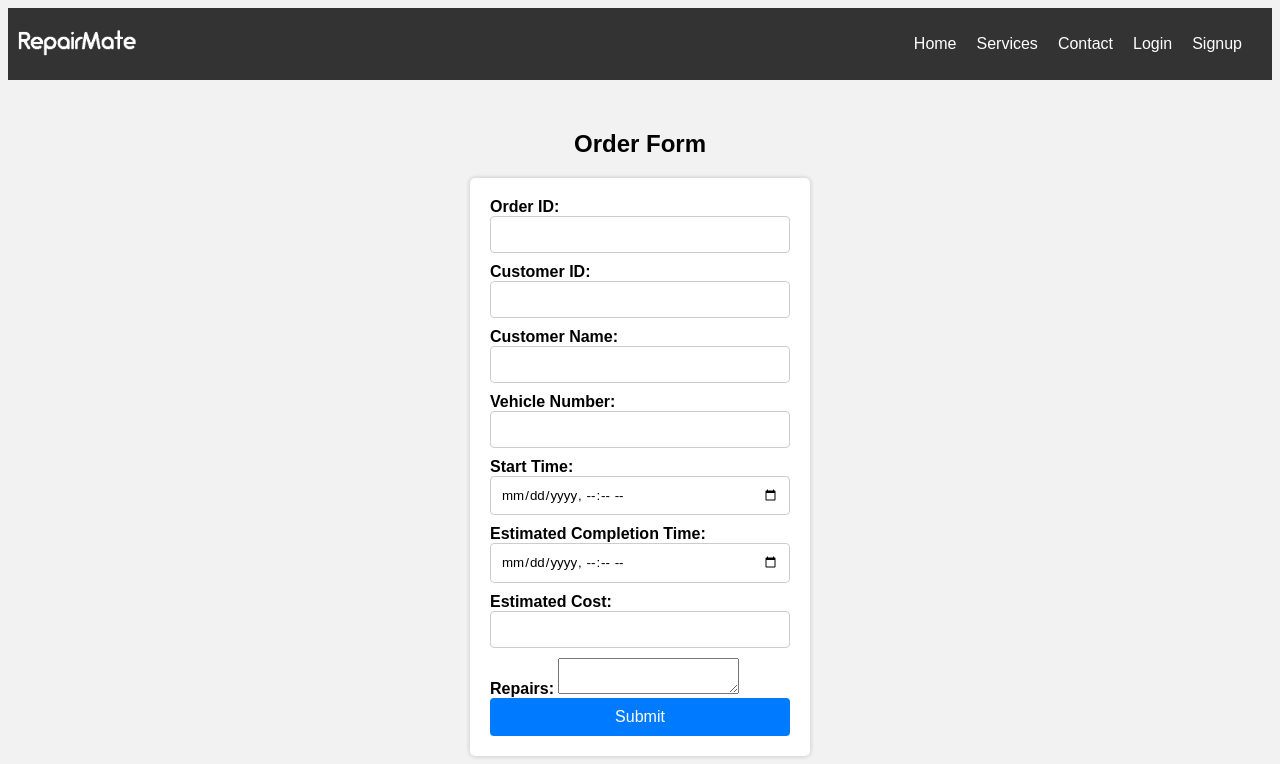
Repository: rohann12/RepairMate
Page: http://localhost/Garage/JSP/order.jsp
These files come from the project's save history. The page is drawn as it stood at one moment and after the next save; the edit follows.
The browser window is 1280 px wide. The pictures show the whole page.
The page is served by Tomcat 9. Other server files are loaded and not shown.

Above is the page before, as saved 2023-06-17 17:08:47.

### Garage/src/main/webapp/JSP/order.jsp
<!DOCTYPE html>
<html>
<head>
  <title>Order Form</title>
  <link rel="stylesheet" href="../CSS/order.css"/>
</head>
<body>
<jsp:include page="nav.jsp" />

  <h2>Order Form</h2>
  <form action="orderInsert.jsp" method="post">
    <label for="order_id">Order ID:</label>
    <input type="text" id="order_id" name="order_id" required>

    <label for="customer_id">Customer ID:</label>
    <input type="text" id="customer_id" name="customer_id" required>

    <label for="customer_name">Customer Name:</label>
    <input type="text" id="customer_name" name="customer_name" required>

    <label for="vehicle_no">Vehicle Number:</label>
    <input type="text" id="vehicle_no" name="vehicle_no" required>

    <label for="start_time">Start Time:</label></br>
    <input type="datetime-local" id="start_time" name="start_time" required></br>

    <label for="estimated_completed">Estimated Completion Time:</label></br>
    <input type="datetime-local" id="estimated_completed" name="estimated_completed" required></br>

    <label for="estimated_cost">Estimated Cost:</label>
    <input type="number" id="estimated_cost" name="estimated_cost" required>

    <label for="repairs">Repairs:</label>
    <textarea id="repairs" name="repairs" required></textarea>

    <button type="submit">Submit</button>
  </form>
</body>
</html>

### Garage/src/main/webapp/JSP/nav.jsp
<%@page contentType="text/html" pageEncoding="UTF-8"%>
<%@page import="javax.servlet.http.HttpSession"%>

<style>
nav {
  background-color: #333;
  padding: 10px;
  display: flex;
  justify-content: space-between;
  align-items: center;
}

.navbar-logo img {
  height: 40px;
}

.navbar-links ul {
  list-style-type: none;
  margin: 0;
  padding: 0;
  display: flex;
}

.navbar-links li {
  margin-right: 20px;
}

.navbar-links li a {
  color: #fff;
  text-decoration: none;
  font-size: 16px;
}

.navbar-links li a:hover {
  color: #ff6600;

}
.navbar-logo{
margin-top:8px;
}
</style>
<nav>
  <div class="navbar-logo">

      <img src="../Contents/logo.png" alt="Logo">

  </div>
  <div class="navbar-links">
    <ul>
      <li><a href="index.jsp">Home</a></li>
      <li><a href="order.jsp">Services</a></li>
      <li><a href="contact.jsp">Contact</a></li>
       <%-- Checking session to determine login/logout links --%>
      <%
        HttpSession s = request.getSession(false);
        if (s != null && s.getAttribute("username") != null) {
          // User is logged in, show logout link
          %>
          <li class="logout"><a href="logout.jsp">Logout</a></li>
          <%
        } else {
          // User is not logged in, show login link
          %>
          <li class="login"><a href="login.jsp">Login</a></li>
          <li class="Signup"><a href="reg.jsp">Signup</a></li>
          <%
        }
      %>
    </ul>
  </div>
</nav>

### Garage/src/main/webapp/CSS/order.css
body {
  font-family: Arial, sans-serif;
  background-color: #f2f2f2;
}

h2 {
  text-align: center;
  margin-top: 50px;
}

form {
  width: 300px;
  margin: 0 auto;
  padding: 20px;
  background-color: #fff;
  border-radius: 5px;
  box-shadow: 0 0 5px rgba(0, 0, 0, 0.2);
}

label {

  font-weight: bold;
}

input[type="text"],
input[type="password"],
input[type="number"],
input[type="datetime-local"]{
  width: 100%;
  padding: 10px;
  margin-bottom: 10px;
  border: 1px solid #ccc;
  border-radius: 4px;
  box-sizing: border-box;
  font-family: FontAwesome, Arial, sans-serif;
}

.error-message {
  color: red;
}

.backend-error-message {
  color: red;
  text-align: center;
}

button[type="submit"],
button[type="button"] {
  width: 100%;
  padding: 10px;
  background-color: #007bff;
  color: #fff;
  border: none;
  border-radius: 4px;
  cursor: pointer;
  font-size: 16px;
}

button[type="submit"]:hover,
button[type="button"]:hover {
  background-color: #0056b3;
}

hr {
  margin-top: 20px;
  margin-bottom: 10px;
  border: 0;
  border-top: 1px solid #ccc;
}

span {
  display: block;
  text-align: center;
}

span b {
  font-weight: bold;
}

a {
  text-decoration: none;
}

After the next save:
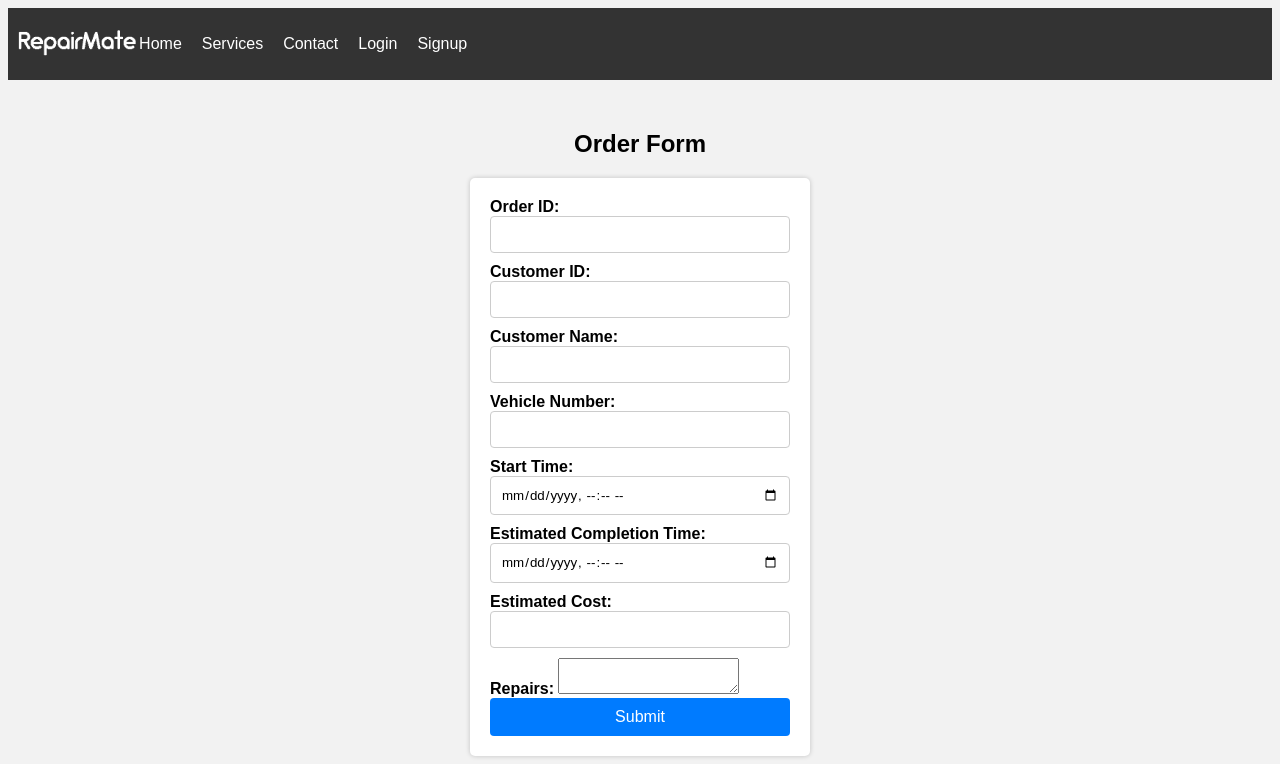
Saved 19 s later.
--- a/Garage/src/main/webapp/JSP/nav.jsp
+++ b/Garage/src/main/webapp/JSP/nav.jsp
@@ -6,7 +6,7 @@
   background-color: #333;
   padding: 10px;
   display: flex;
-  justify-content: space-between;
+  /* justify-content: space-between; */
   align-items: center;
 }
 

After the save that followed:
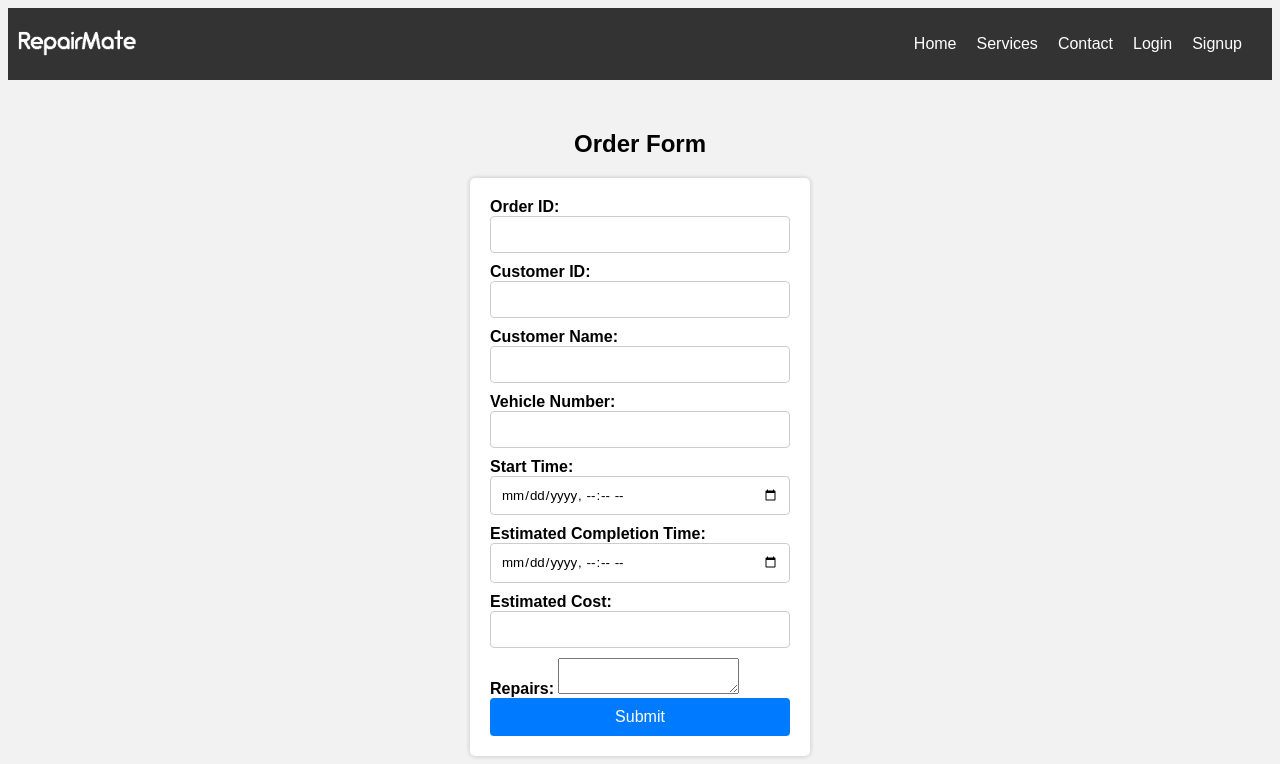
Saved 9 s later.
--- a/Garage/src/main/webapp/JSP/nav.jsp
+++ b/Garage/src/main/webapp/JSP/nav.jsp
@@ -6,7 +6,7 @@
   background-color: #333;
   padding: 10px;
   display: flex;
-  /* justify-content: space-between; */
+  justify-content: space-between;
   align-items: center;
 }
 
